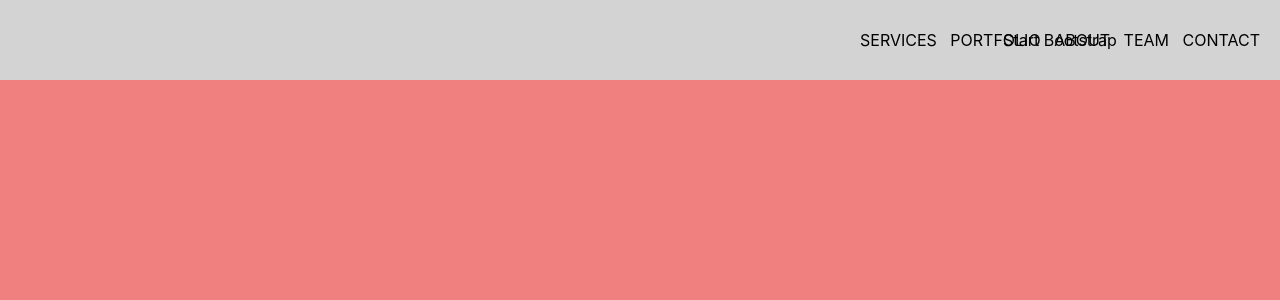
Repository: ooter37/media-queries-afternoon
Page: / (app in portfolio-clone/)
An editor plug-in stored every save of this project. The page is shown before and after the next save, followed by the edit.
The browser window is 1280 px wide. The pictures show the whole page.
The project was rebuilt for these pictures with package versions that can differ from the ones it lists, and the page was loaded fresh each time.

Above is the page before, as saved 2020-04-13 13:52:18.

After the next save:
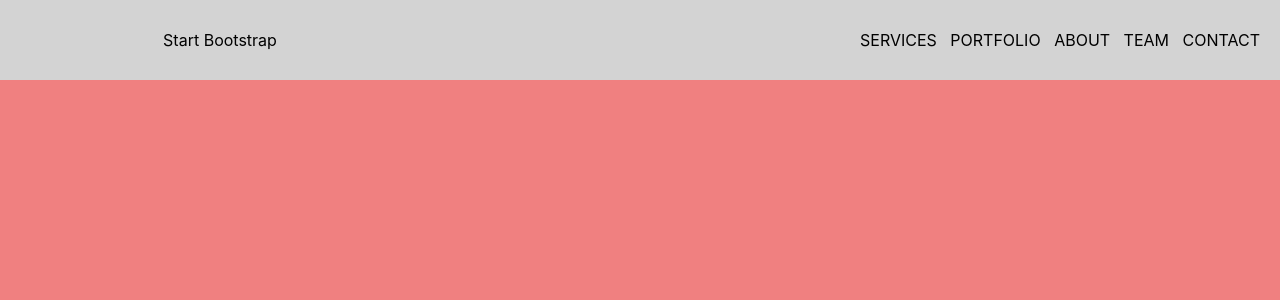
Saved 5 s later.
--- a/portfolio-clone/src/App.css
+++ b/portfolio-clone/src/App.css
@@ -36,7 +36,7 @@ body {
   justify-content: center;
   position: fixed;
   top: 30px;
-  right: 20px;
+  left: 20px;
 }
 
 @media screen and (max-width: 991px) {
